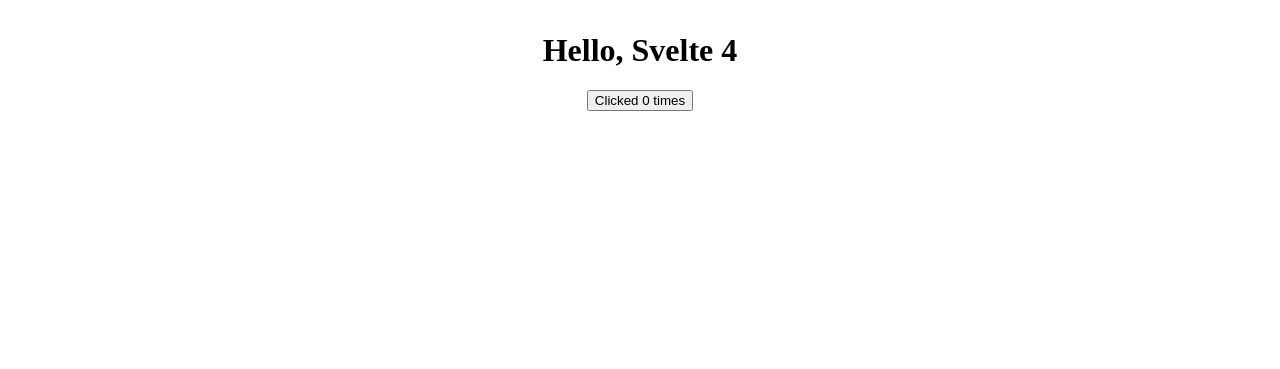
Repository: GettinLudes/CaseBuilder
Page: /
These files come from the project's save history. The page is drawn as it stood at one moment and after the next save; the edit follows.
The browser window is 1280 px wide. The pictures show the whole page.
The project was rebuilt for these pictures with package versions that can differ from the ones it lists, and the page was loaded fresh each time. Also part of the build but not shown: svelte.config.js, vite.config.js.

Above is the page before, as saved 2025-04-11 12:04:38.

### src/main.js
import App from './App.svelte';

const app = new App({
	target: document.getElementById('app')
});

export default app;

### src/App.svelte
<script>
	let count = 0;
</script>

<main>
	<h1>Hello, Svelte 4</h1>
	<button on:click={() => count++}>
		Clicked {count} times
	</button>
</main>

<style>
	main {
		text-align: center;
		margin-top: 2rem;
	}
</style>

Loaded but not shown: index.html (common file)

After the next save:
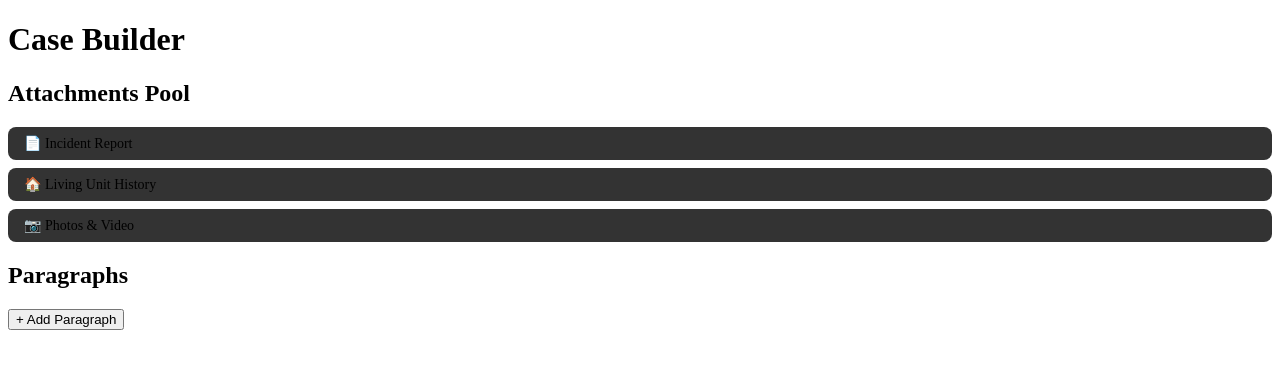
Saved 63 s later.
--- a/src/App.svelte
+++ b/src/App.svelte
@@ -1,17 +1,106 @@
 <script>
-	let count = 0;
-</script>
+	import { onMount } from 'svelte';
+	import gsap from 'gsap';
+	import Sortable from 'sortablejs';
 
-<main>
-	<h1>Hello, Svelte 4</h1>
-	<button on:click={() => count++}>
-		Clicked {count} times
-	</button>
-</main>
+	let attachments = [
+	  { id: 1, name: 'Incident Report', icon: '📄' },
+	  { id: 2, name: 'Living Unit History', icon: '🏠' },
+	  { id: 3, name: 'Photos & Video', icon: '📷' }
+	];
 
-<style>
-	main {
-		text-align: center;
-		margin-top: 2rem;
+	let paragraphs = [];
+
+	function addParagraph() {
+	  const newId = paragraphs.length + 1;
+	  paragraphs = [...paragraphs, { id: newId, text: '', attachmentIds: [] }];
+	  setTimeout(() => animateIn(newId), 0);
 	}
-</style>
+
+	function animateIn(id) {
+	  const el = document.querySelector(`#para-${id}`);
+	  if (el) {
+		gsap.fromTo(el, { opacity: 0, y: 20 }, { opacity: 1, y: 0, duration: 0.4 });
+	  }
+	}
+
+	onMount(() => {
+	  Sortable.create(document.getElementById('attachments'), {
+		group: 'shared',
+		animation: 150,
+		ghostClass: 'opacity-30'
+	  });
+
+	  document.querySelectorAll('.paragraph-dropzone').forEach((el) => {
+		Sortable.create(el, {
+		  group: 'shared',
+		  animation: 150,
+		  ghostClass: 'opacity-30',
+		  onAdd: function (evt) {
+			const paraId = parseInt(evt.to.dataset.paraId);
+			const attachmentId = parseInt(evt.item.dataset.attachmentId);
+
+			paragraphs = paragraphs.map(p => {
+			  if (p.id === paraId && !p.attachmentIds.includes(attachmentId)) {
+				p.attachmentIds.push(attachmentId);
+			  }
+			  return p;
+			});
+		  }
+		});
+	  });
+	});
+  </script>
+
+  <style>
+	.box {
+	  background-color: #1a1a1a;
+	  padding: 1rem;
+	  border-radius: 1rem;
+	  box-shadow: 0 0 10px rgba(0,0,0,0.5);
+	  margin-bottom: 1rem;
+	}
+	.draggable {
+	  cursor: move;
+	  padding: 0.5rem 1rem;
+	  background-color: #333;
+	  border-radius: 0.5rem;
+	  font-size: 0.875rem;
+	  margin-bottom: 0.5rem;
+	}
+  </style>
+
+  <main class="min-h-screen p-6 bg-[#111] text-white">
+	<h1 class="text-3xl font-bold mb-6">Case Builder</h1>
+
+	<section>
+	  <h2 class="text-xl mb-2">Attachments Pool</h2>
+	  <div id="attachments" class="flex gap-4 flex-wrap bg-gray-800 p-4 rounded-xl min-h-[80px]">
+		{#each attachments as a (a.id)}
+		  <div class="draggable" data-attachment-id={a.id} title={a.name}>
+			{a.icon} {a.name}
+		  </div>
+		{/each}
+	  </div>
+	</section>
+
+	<section class="mt-8">
+	  <div class="flex justify-between items-center mb-4">
+		<h2 class="text-xl">Paragraphs</h2>
+		<button on:click={addParagraph} class="bg-cyan-600 px-4 py-2 rounded hover:bg-cyan-500">+ Add Paragraph</button>
+	  </div>
+
+	  {#each paragraphs as para (para.id)}
+		<div id={"para-" + para.id} class="box transition-all">
+		  <textarea bind:value={para.text} rows="4" class="w-full bg-gray-900 p-2 rounded text-white mb-3" placeholder="Enter paragraph text..."></textarea>
+		  <div class="paragraph-dropzone min-h-[40px] bg-gray-800 p-2 rounded" data-para-id={para.id}>
+			{#each para.attachmentIds as id}
+			  {#each attachments.filter(a => a.id === id) as a}
+				<span class="inline-block mr-2 mb-2 px-2 py-1 bg-gray-700 rounded text-sm">{a.icon} {a.name}</span>
+			  {/each}
+			{/each}
+		  </div>
+		</div>
+	  {/each}
+	</section>
+  </main>
